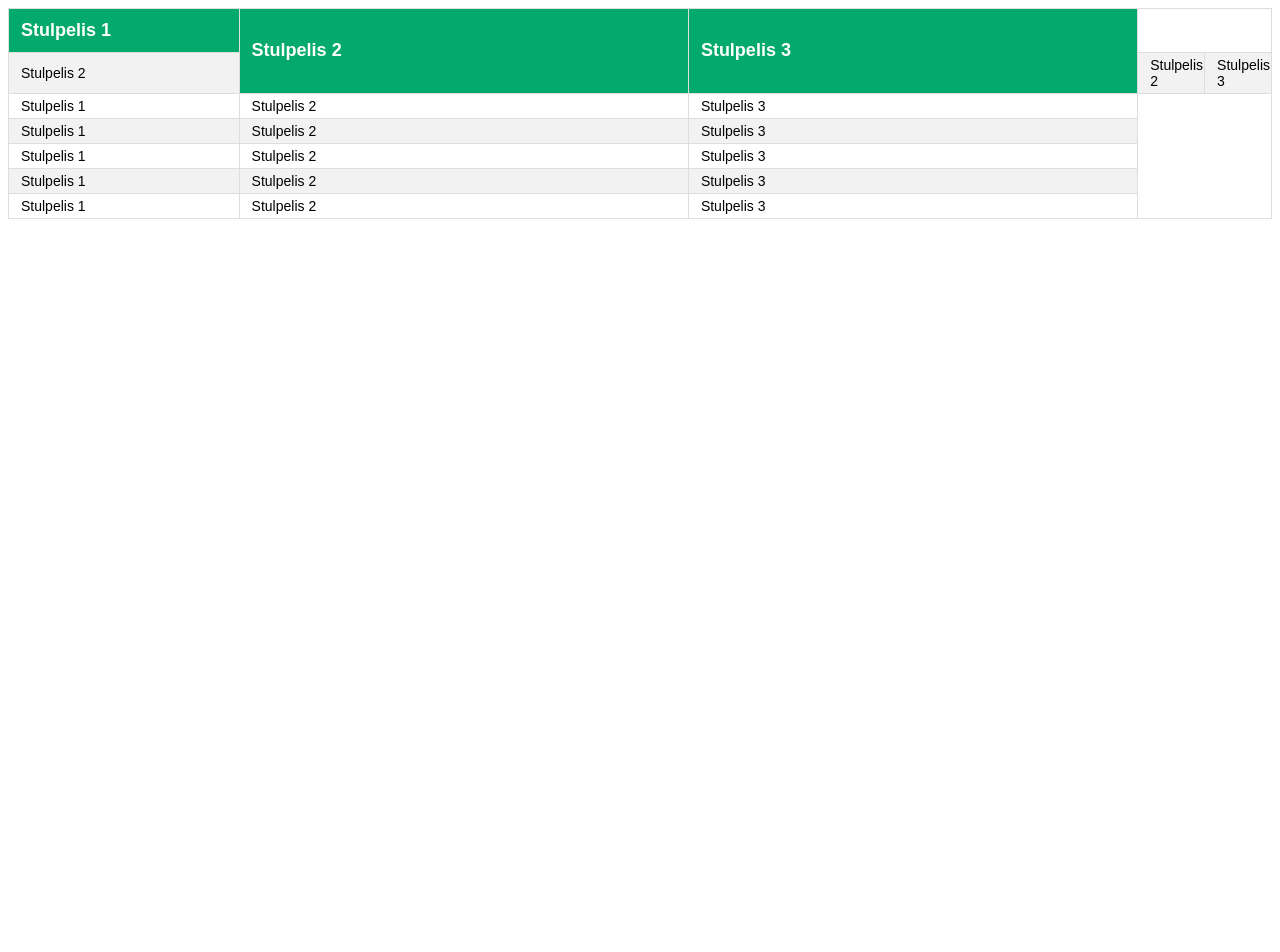
Repository: motiejus1/10-paskaita-05.31
Page: index.html
These files come from the project's save history. The page is drawn as it stood at one moment and after the next save; the edit follows.
The browser window is 1280 px wide. The pictures show the part of the page from y = 0 to 952 px (the page is 3227 px tall).
Backgrounds fixed to the window are drawn as part of the page.

Above is the page before, as saved 2021-06-16 20:35:20.

### index.html
<!DOCTYPE html>
<html lang="en">
<head>
    <meta charset="UTF-8">
    <meta http-equiv="X-UA-Compatible" content="IE=edge">
    <meta name="viewport" content="width=device-width, initial-scale=1.0">
    <title>10 paskaita</title>

    <style>
        html {
            font-size: 18px;
        }

        .container {
            width: 100%;
            height: 1800px;
        }


        /* Fono spalvos */

        .fonas-spalva {
            background-color: green;
            opacity: 0.7;
        }

        .fonas {
            background-color: #657AD3;
            opacity: 0.7;
        }

        .fonas-rgb {
            background-color:rgb(101, 122, 211);
            opacity: 0.7;
        }

        .fonas-rgba {
            background-color:rgba(101, 122, 211, 0.7);
        }

        /* Paveiksliukas kaip fonas */
        .paveiksliukas {
            height: 100%;
            background-image: url("https://images.unsplash.com/photo-1593642531955-b62e17bdaa9c?ixid=MnwxMjA3fDF8MHxwaG90by1wYWdlfHx8fGVufDB8fHx8&ixlib=rb-1.2.1&auto=format&fit=crop&w=750&q=80");
            background-color:grey;
            background-repeat: no-repeat;
            opacity: 0.7;
            background-attachment: fixed;
            /* background-position: 5px 5px; */
            /* background-position: center center; */
            /* background-size: 100% 100%; */
            /* background-size: contain; background-size: 100% */
            /* background-size: cover; */


        }

        table {

            font-family: Arial, Helvetica, sans-serif;
            border: 1px solid  #ddd;
            margin-bottom: 1200px;
            width: 100%;
            border-collapse: collapse;
        }


        td, th {
            border: 1px solid  #ddd;
            padding-left: 12px;
        }

        th {
            text-align: left;
            padding-top: 11px;
            padding-bottom: 11px;
            background-color: #04AA6D;
            color:white;
            font-size: 1rem;
        }

        td {
            padding-top: 0.2222rem;
            padding-bottom: 4px;
            font-size: 0.7778rem;
        }

        tr:nth-child(even) {
            background-color: #f2f2f2;
        }

        tr:hover {
            background-color: #ddd;
         }

        /* td:hover { */
            /* background-color: #ddd; */
        /* } */
            .col-20 {
                width: 20%;
            }
            .col-40 {
                width: 40%;
            }

            img {
                width: 100%;
            }
    </style>
</head>
<body>

    <table>
        <tr>
            <th class="col-20">Stulpelis 1</th>
            <th class="col-40" rowspan="2">Stulpelis 2</th>
            <th class="col-40" rowspan="2">Stulpelis 3</th>
        </tr>
        <tr>
            <td>
                Stulpelis 2
            </td>
            <td>Stulpelis 2</td>
            <td>Stulpelis 3</td>
        </tr>
        <tr>
            <td>Stulpelis 1</td>
            <td>Stulpelis 2</td>
            <td>Stulpelis 3</td>
        </tr>
        <tr>
            <td>Stulpelis 1</td>
            <td>Stulpelis 2</td>
            <td>Stulpelis 3</td>
        </tr>
        <tr>
            <td>Stulpelis 1</td>
            <td>Stulpelis 2</td>
            <td>Stulpelis 3</td>
        </tr>
        <tr>
            <td>Stulpelis 1</td>
            <td>Stulpelis 2</td>
            <td>Stulpelis 3</td>
        </tr>
        <tr>
            <td>Stulpelis 1</td>
            <td>Stulpelis 2</td>
            <td>Stulpelis 3</td>
        </tr>
    </table>

    <div class="container fonas-rgba">
        <div class="paveiksliukas">
            Tekstas
        </div>
    </div>
</body>
</html>

After the next save:
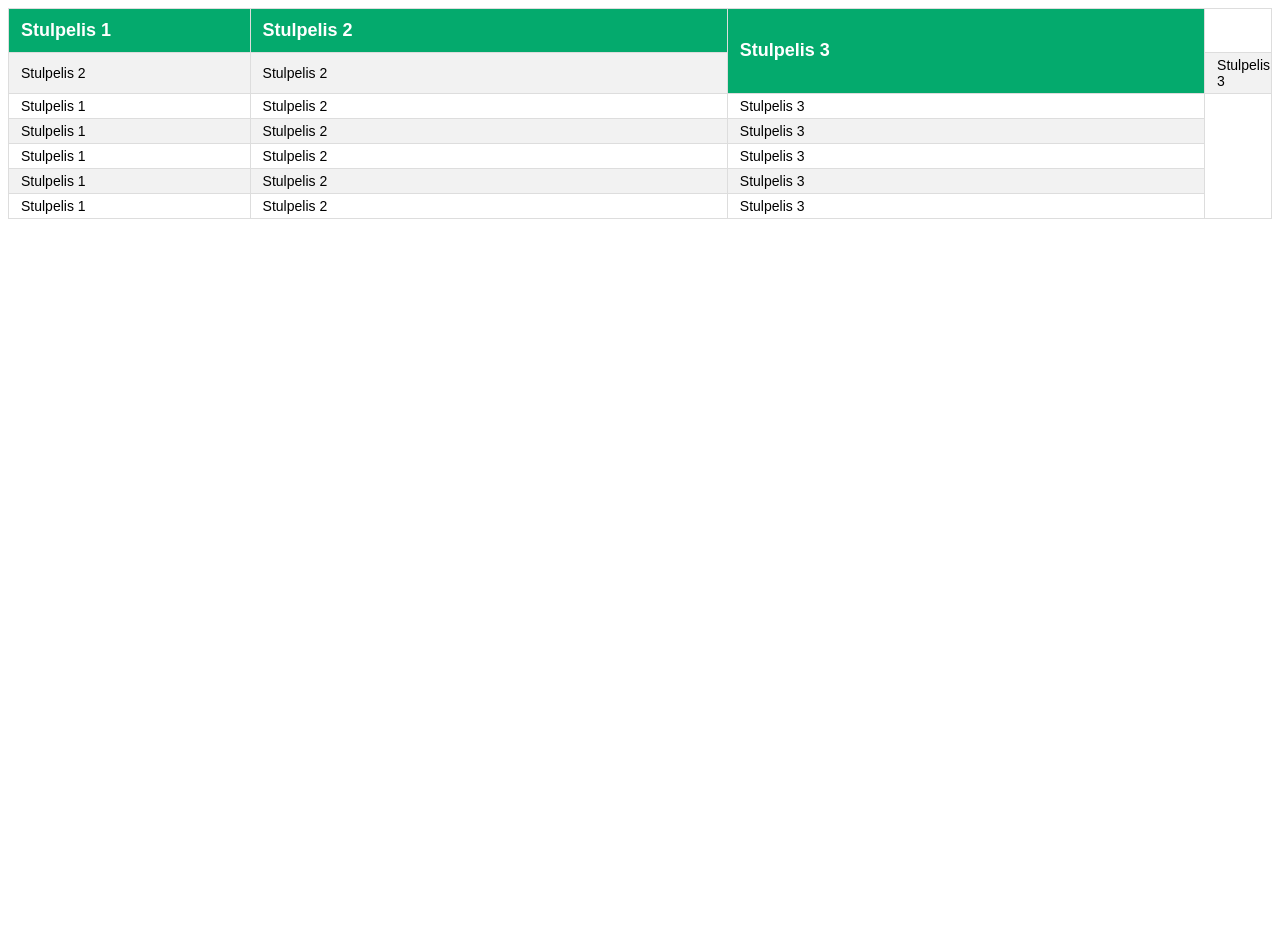
Saved 4 s later.
--- a/index.html
+++ b/index.html
@@ -113,7 +113,7 @@
     <table>
         <tr>
             <th class="col-20">Stulpelis 1</th>
-            <th class="col-40" rowspan="2">Stulpelis 2</th>
+            <th class="col-40">Stulpelis 2</th>
             <th class="col-40" rowspan="2">Stulpelis 3</th>
         </tr>
         <tr>
